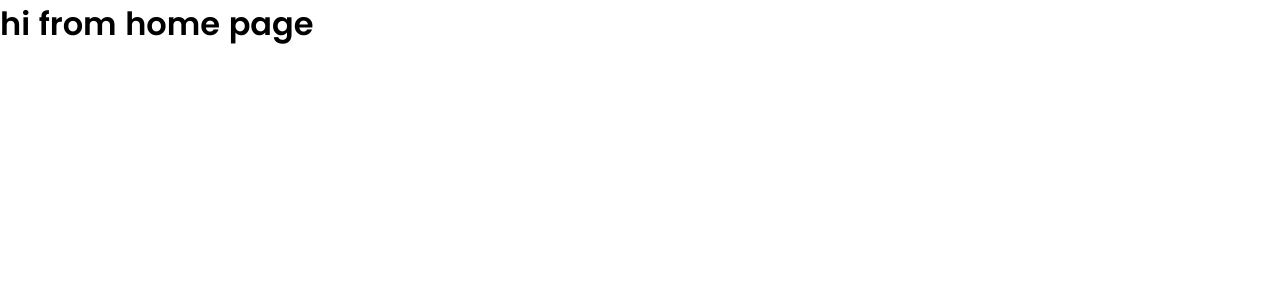
Repository: duckhai80/Supergreen
Page: /
An editor plug-in stored every save of this project. The page is shown before and after the next save, followed by the edit.
The browser window is 1280 px wide. The pictures show the whole page.
The project was rebuilt for these pictures with package versions that can differ from the ones it lists, and the page was loaded fresh each time. The framework's server and built-in components were replaced by stand-ins that run in the browser. Also part of the build but not shown: nuxt.config.js.

Above is the page before, as saved 2021-03-29 23:04:45.

After the next save:
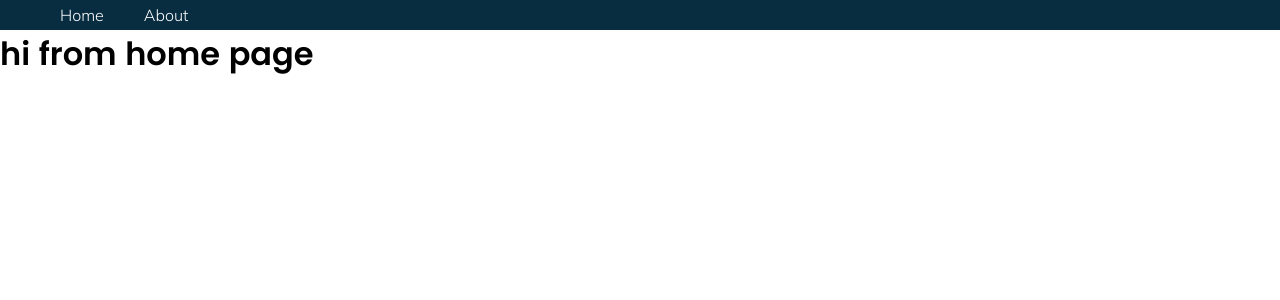
Saved 6 min 47 s later.
--- a/layouts/default.vue
+++ b/layouts/default.vue
@@ -1,5 +1,6 @@
 <template>
   <div>
+    <AppMenu />
     <Nuxt />
   </div>
 </template>
